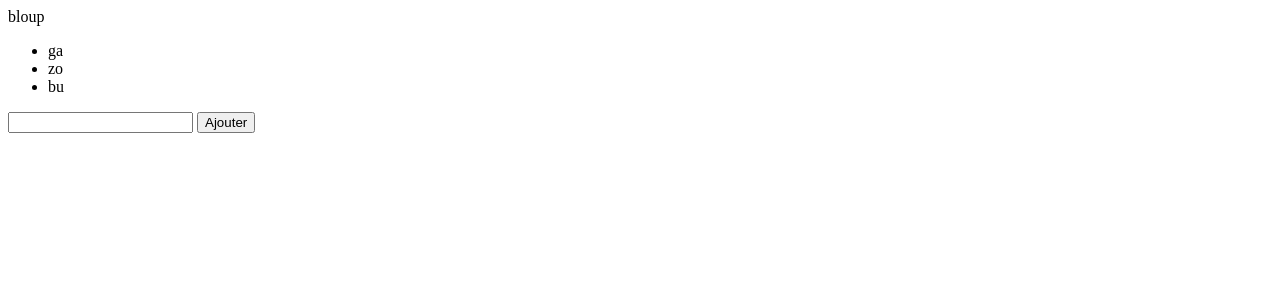
Repository: CyrilleRieau/java
Page: http://localhost/JavaWeb2/ToDoServlet
The author's editor kept a copy of each file at every save. The page is drawn from the files as they stood at one save, then again after the next save.
The browser window is 1280 px wide. The pictures show the whole page.
The page is served by Tomcat 9. Other server files are loaded and not shown.

Above is the page before, as saved 2017-11-07 13:51:09.

### JavaWeb2/WebContent/todo.jsp
<%@ page language="java" contentType="text/html; charset=UTF-8"
    pageEncoding="UTF-8"%>
<%@ taglib uri="http://java.sun.com/jsp/jstl/core" prefix="c" %>

<!DOCTYPE html PUBLIC "-//W3C//DTD HTML 4.01 Transitional//EN" "http://www.w3.org/TR/html4/loose.dtd">
<html>
<head>
<meta http-equiv="Content-Type" content="text/html; charset=UTF-8">
<title>Insert title here</title>
</head>
<body>
	${variable}
	<form action="" method="post""></form>
	<ul>
	<c:forEach items="${items}" var="item">
		<li>${item}</li>
	</c:forEach>
	</ul>
	</form>
	<form action="" method="post">
		<input type="text" name="nouveau" />
		<button>Ajouter</button>
	</form>
</body>
</html>

### JavaWeb2/src/javaweb2/servlets/ToDoServlet.java
package javaweb2.servlets;

import java.io.IOException;
import java.util.ArrayList;
import java.util.List;

import javax.servlet.ServletException;
import javax.servlet.annotation.WebServlet;
import javax.servlet.http.HttpServlet;
import javax.servlet.http.HttpServletRequest;
import javax.servlet.http.HttpServletResponse;

/**
 * Servlet implementation class ToDoServlet
 */
@WebServlet("/ToDoServlet")
public class ToDoServlet extends HttpServlet {
	private static final long serialVersionUID = 1L;

	private List<String> liste = new ArrayList<>();

    /**
     * @see HttpServlet#HttpServlet()
     */
    public ToDoServlet() {
        super();
        // TODO Auto-generated constructor stub
        liste.add("ga");
        liste.add("zo");
        liste.add("bu");
    }

	/**
	 * @see HttpServlet#doGet(HttpServletRequest request, HttpServletResponse response)
	 */
	protected void doGet(HttpServletRequest request, HttpServletResponse response) throws ServletException, IOException {
		// TODO Auto-generated method stub
		request.setAttribute("variable", "bloup");
		request.setAttribute("items", liste);
		request.getRequestDispatcher("/todo.jsp").forward(request,  response);
	}

	/**
	 * @see HttpServlet#doPost(HttpServletRequest request, HttpServletResponse response)
	 */
	protected void doPost(HttpServletRequest request, HttpServletResponse response) throws ServletException, IOException {
		// TODO Auto-generated method stub
		liste.add((String)request.getParameter("nouveau"));
		doGet(request, response);
	}

}

After the next save:
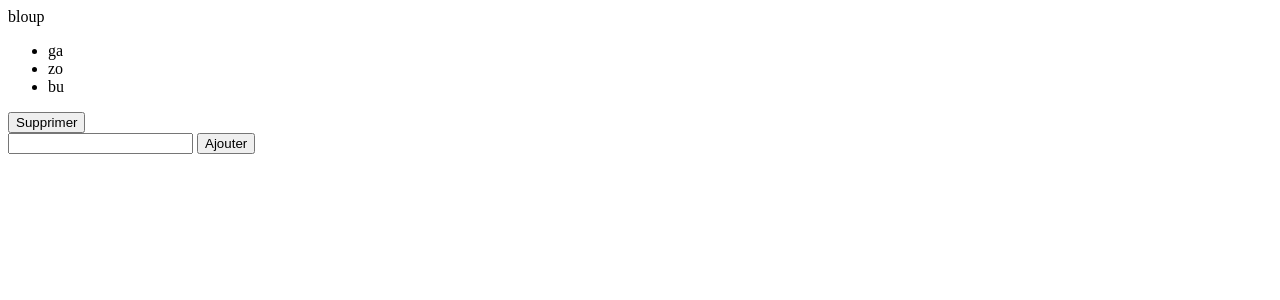
Saved 16 s later.
--- a/JavaWeb2/WebContent/todo.jsp
+++ b/JavaWeb2/WebContent/todo.jsp
@@ -16,6 +16,7 @@
 		<li>${item}</li>
 	</c:forEach>
 	</ul>
+	<button>Supprimer</button>
 	</form>
 	<form action="" method="post">
 		<input type="text" name="nouveau" />
